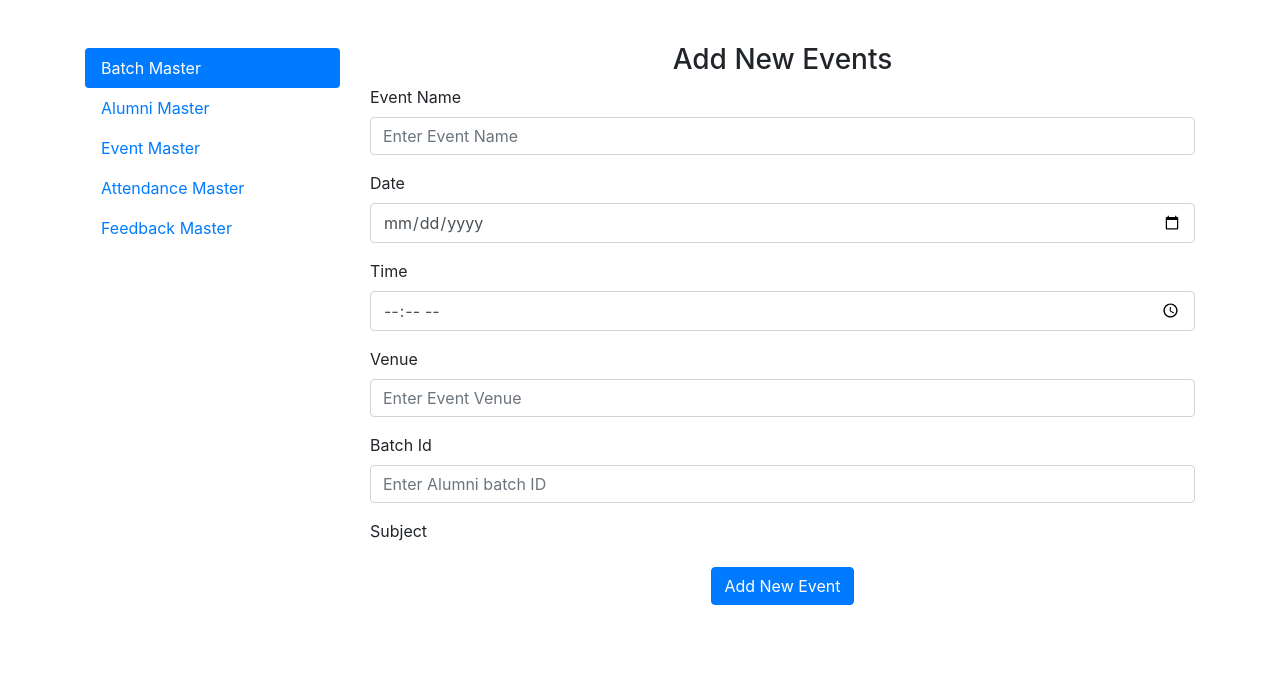
Repository: Shreyash1107/Web_Projects
Page: http://localhost/AlumnieventmanagementApplication/AddEvents.jsp
These files come from the project's save history. The page is drawn as it stood at one moment and after the next save; the edit follows.
The browser window is 1280 px wide. The pictures show the whole page.
The page is served by Tomcat 9. Nobody is signed in. The application's start-up code is not run.

Above is the page before, as saved 2024-08-04 05:52:18.

After the next save:
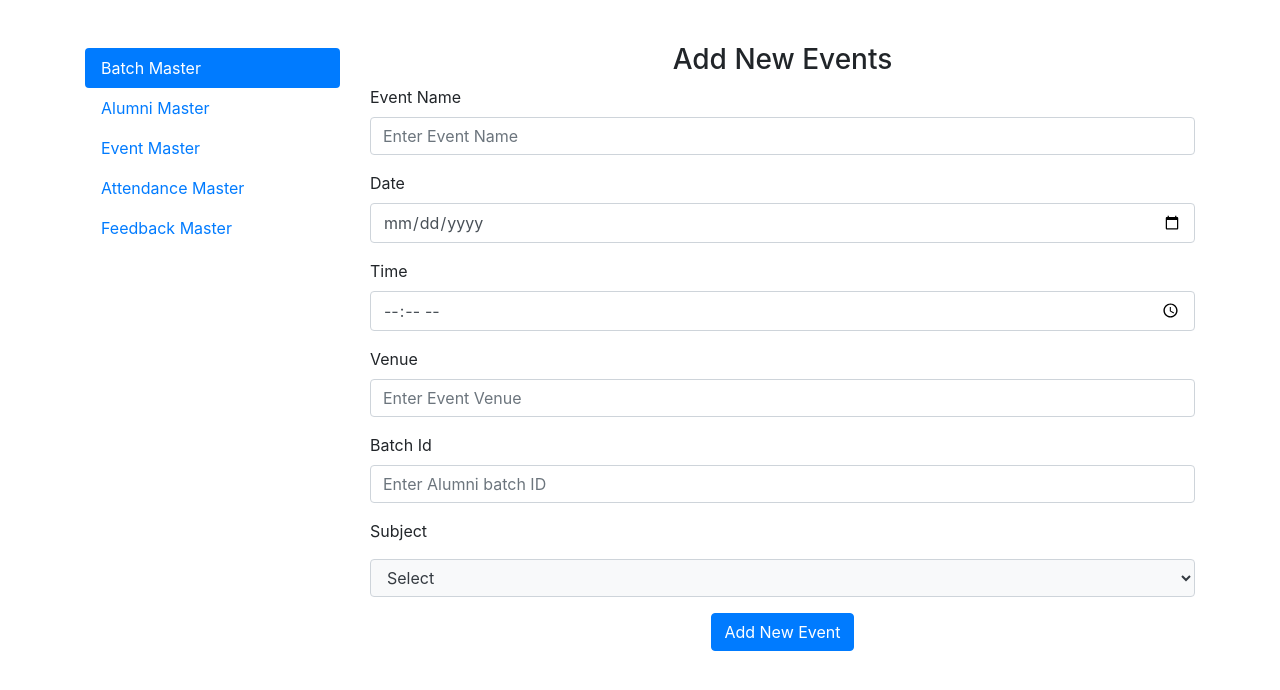
Saved 95 s later.
--- a/AlumnieventmanagementApplication/src/main/webapp/AddEvents.jsp
+++ b/AlumnieventmanagementApplication/src/main/webapp/AddEvents.jsp
@@ -79,7 +79,13 @@
 								</div>
 								<div class="form-group">
 									<label for="txtBatch">Subject</label>
-
+									<select
+								class="form-control bg-light text-dark mt-2" id="updateOption"
+								onchange="toggleFields(this.value)">
+								<option value="">Select</option>
+								<option value="yes">Yes</option>
+								<option value="no">No</option>
+							</select>
 								</div>
 								<div class="form-group d-flex justify-content-center">
 									<input type='submit' name='s' id="btn" value='Add New Event'

After the 2 saves that followed:
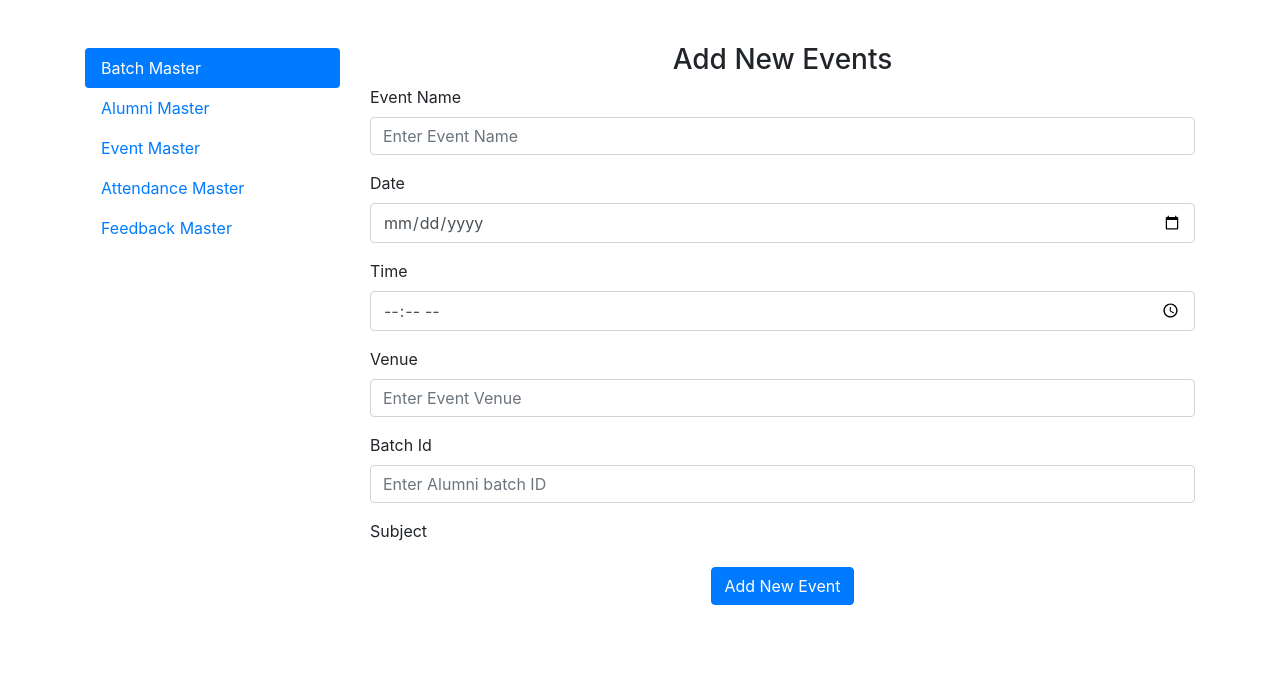
The 2 saves are shown as one change because 1 left the picture as it was.
The last was saved 75 s later.
--- a/AlumnieventmanagementApplication/src/main/webapp/AddEvents.jsp
+++ b/AlumnieventmanagementApplication/src/main/webapp/AddEvents.jsp
@@ -79,13 +79,7 @@
 								</div>
 								<div class="form-group">
 									<label for="txtBatch">Subject</label>
-									<select
-								class="form-control bg-light text-dark mt-2" id="updateOption"
-								onchange="toggleFields(this.value)">
-								<option value="">Select</option>
-								<option value="yes">Yes</option>
-								<option value="no">No</option>
-							</select>
+
 								</div>
 								<div class="form-group d-flex justify-content-center">
 									<input type='submit' name='s' id="btn" value='Add New Event'
